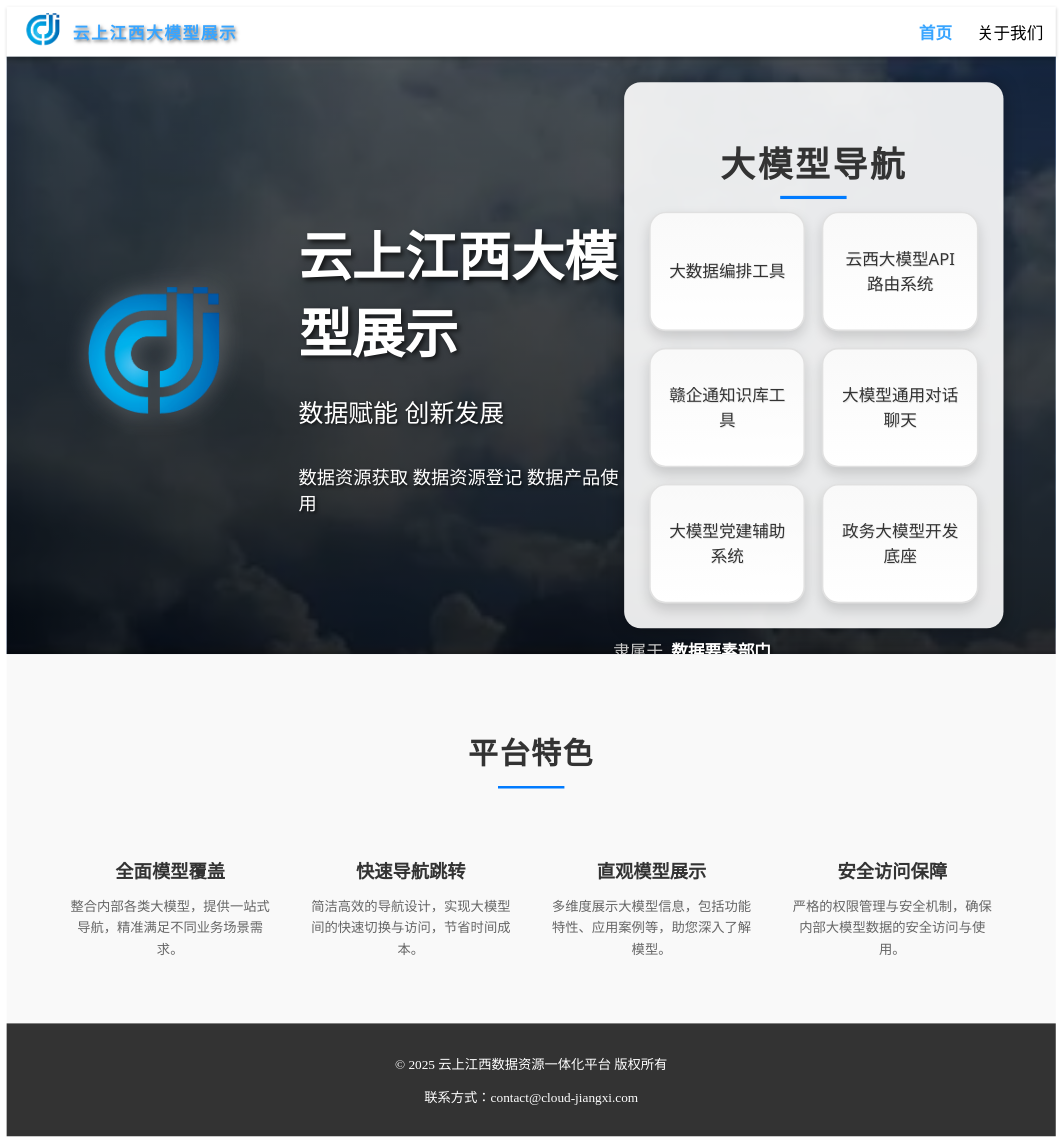
Repository: Felix-yifengyang/ysjx-model-nav
Page: /
An editor plug-in stored every save of this project. The page is shown before and after the next save, followed by the edit.
The browser window is 1280 px wide. The pictures show the whole page, at 83% of full size.
The project was rebuilt for these pictures with package versions that can differ from the ones it lists, and the page was loaded fresh each time. Also part of the build but not shown: vite.config.ts, src/About.vue.

Above is the page before, as saved 2025-02-21 14:15:01.

### src/main.ts
import { createApp } from 'vue';
import App from './App.vue';
import router from '../router/index.ts';

const app = createApp(App);
app.use(router);
app.mount('#app');

### src/App.vue
<template>
    <Header />
    <router-view></router-view>
  </template>

  <script setup>
  import Header from './components/Header.vue';
  </script>

  <style scoped>
  </style>

### router/index.ts
import { createRouter, createWebHistory } from 'vue-router';
import Home from '../src/Home.vue';
import About from '../src/About.vue';

const routes = [
  {
    path: '/',
    name: 'Home',
    component: Home
  },
  {
    path: '/about',
    name: 'About',
    component: About
  }
];

const router = createRouter({
  history: createWebHistory(),
  routes
});

export default router;

### src/components/Header.vue
<template>
  <header :class="{ 'scrolled': isScrolled }">
    <div class="logo-wrapper">
      <div class="logo">
        <img src="../assets/ysjx-logo-noword.png" alt="云上江西 logo">
      </div>
      <span class="platform-name">云上江西大模型展示</span>
    </div>
    <nav>
      <ul>
        <li>
          <router-link
            to="/"
            :active-class="isActive('/') ? 'active' : ''"
          >
            首页
          </router-link>
        </li>
        <li>
          <router-link
            to="/about"
            :active-class="isActive('/about') ? 'active' : ''"
          >
            关于我们
          </router-link>
        </li>
      </ul>
    </nav>
  </header>
</template>

<script setup>
import { ref, onMounted, onUnmounted, computed } from 'vue';
import { useRoute } from 'vue-router';

const isScrolled = ref(false);
const route = useRoute();

const isActive = (path) => {
  return route.path === path;
};

const handleScroll = () => {
  isScrolled.value = window.scrollY > 0;
};

onMounted(() => {
  window.addEventListener('scroll', handleScroll);
});

onUnmounted(() => {
  window.removeEventListener('scroll', handleScroll);
});
</script>

<style scoped>
header {
  background-color: #ffffff;
  color: rgb(0, 0, 0);
  padding: 15px;
  height: 30px;
  display: flex;
  justify-content: space-between;
  align-items: center;
  position: sticky; /* 使导航栏固定在页面顶部 */
  top: 0; /* 固定在页面顶部 */
  z-index: 100; /* 确保导航栏显示在其他元素之上 */
  transition: all 0.3s ease;
  box-shadow: 0 2px 4px rgba(0, 0, 0, 0.2);
}

.logo-wrapper {
  display: flex;
  align-items: center;
}

.logo img {
  width: auto;
  height: 40px;
  margin-right: 5px;
}

.platform-name {
  font-family: 'Segoe UI', Tahoma, Geneva, Verdana, sans-serif;
  font-size: 20px;
  font-weight: bold;
  color: #38a5ff;
  text-shadow: 2px 2px 4px rgba(0, 0, 0, 0.5);
  transition: all 0.3s ease;
  letter-spacing: 2px;
}

nav ul {
  list-style-type: none;
  margin: 0;
  padding: 0;
  display: flex;
}

nav ul li {
  margin-left: 30px;
}

nav ul li a {
  color: rgb(0, 0, 0);
  text-decoration: none;
  font-size: 20px;
}

nav ul li a:hover {
  text-decoration: underline;
}

header.scrolled {
  background-color: rgba(228, 228, 228, 0.9); /* 半透明背景 */
  padding: 15px; /* 减少内边距 */
}
header.scrolled .platform-name {
  font-size: 18px; /* 减小字体大小 */
}

/* 高亮显示的样式 */
.active {
  color: #38a5ff;
  font-weight: bold;
}
</style>

### src/Home.vue
<template>
  <div id="home">
    <HeroSection />
    <FeatureSelection />
    <Footer />
  </div>
</template>

<script setup>
import HeroSection from './components/HeroSection.vue'
import FeatureSelection from './components/FeatureSelection.vue'
import Footer from './components/Footer.vue'
</script>

<style scoped>
body {
  margin: 0;
  padding: 0;
  font-family: Arial, sans-serif;
}
</style>

### src/components/HeroSection.vue
<template>
    <section class="hero">
        <!-- 为背景添加半透明遮罩层 -->
        <div class="hero-overlay"></div>
        <div class="hero-content">
            <div class="hero-logo-content-wrapper">
                <div class="hero-logo">
                    <img src="../assets/ysjx-logo-noword.png" alt="云上江西 logo">
                </div>
                <div class="hero-text-content">
                    <h2 class="hero-title">云上江西大模型展示</h2>
                    <p class="hero-slogan">数据赋能 创新发展</p>
                    <p class="hero-features">数据资源获取 数据资源登记 数据产品使用</p>
                </div>
            </div>
            <div class="department-info">
                <span class="department-label">隶属于</span>
                <span class="department-name">数据要素部门</span>
            </div>
            <!-- 合并进来的 ShowcaseSection 内容 -->
            <div class="showcase-section">
                <h2>大模型导航</h2>
                <div class="showcase-container">
                    <!-- 第一个矩形 -->
                    <a href="http://106.227.19.2:28088/apps" class="showcase-item item-1">
                        <p class="description">大数据编排工具</p>
                    </a>
                    <!-- 第二个矩形 -->
                    <a href="http://106.227.19.14:16105/" class="showcase-item item-2">
                        <p class="description">云西大模型API路由系统</p>
                    </a>
                    <!-- 第三个矩形 -->
                    <a href="http://10.9.55.36:12300/" class="showcase-item item-3">
                        <p class="description">赣企通知识库工具</p>
                    </a>
                    <!-- 第四个矩形 -->
                    <a href="http://106.227.19.14:16104/" class="showcase-item item-4">
                        <p class="description">大模型通用对话聊天</p>
                    </a>
                    <!-- 第五个矩形 -->
                    <a href="http://106.227.19.2:26011/" class="showcase-item item-5">
                        <p class="description">大模型党建辅助系统</p>
                    </a>
                    <!-- 第六个矩形 -->
                    <a href="http://106.227.19.14:9999/datamodel/dist/#/login" class="showcase-item item-6">
                        <p class="description">政务大模型开发底座</p>
                    </a>
                </div>
            </div>
        </div>
    </section>
</template>

<script setup>
</script>

<style scoped>
/* 整体背景和基础样式 */
.hero {
    background-image: url('../assets/sample.webp');
    background-size: cover;
    background-position: center;
    height: 100vh; /* 使用视口高度，适应不同屏幕 */
    display: flex;
    align-items: center;
    justify-content: center;
    position: relative;
    overflow: hidden;
}

/* 半透明遮罩层 */
.hero-overlay {
    position: absolute;
    top: 0;
    left: 0;
    width: 100%;
    height: 100%;
    background: linear-gradient(to bottom, rgba(0, 0, 0, 0.6), rgba(0, 0, 0, 0.8)); /* 渐变遮罩 */
}

/* 主要内容区域 */
.hero-content {
    text-align: center;
    color: white;
    z-index: 1;
    padding: 0 20px;
    display: flex;
    flex-direction: row;
    justify-content: space-between;
    width: 90%; /* 调整宽度 */
    max-width: 1400px; /* 增加最大宽度 */
    margin: 0 auto;
    position: relative;
}

/*  logo 和文本内容包装器 */
.hero-logo-content-wrapper {
    display: flex;
    align-items: center;
    flex-direction: row;
    text-align: left;
}

/*  logo 样式 */
.hero-logo {
    width: 350px; /* 调整 logo 宽度 */
    height: auto;
    margin-right: 50px;
    animation: fadeIn 1s ease, scaleIn 1s ease; /* 增加缩放动画 */
}

.hero-logo img {
    width: 100%;
    height: auto;
    filter: drop-shadow(0 0 15px rgba(255, 255, 255, 0.3)); /* 调整投影效果 */
}

/* 文本内容样式 */
.hero-text-content {
    text-align: left;
}

.hero-title {
    font-family: 'Montserrat', sans-serif;
    font-size: 64px; /* 增大标题字体 */
    margin-bottom: 30px;
    text-shadow: 3px 3px 6px rgba(0, 0, 0, 0.7); /* 增强文字阴影 */
    animation: fadeInDown 1s ease, slideInLeft 1s ease; /* 增加滑入动画 */
}

.hero-slogan {
    font-family: 'Open Sans', sans-serif;
    font-size: 30px; /* 增大标语字体 */
    margin-bottom: 40px;
    text-shadow: 2px 2px 4px rgba(0, 0, 0, 0.7);
    animation: fadeInUp 1s ease 0.3s, slideInLeft 1s ease 0.3s; /* 增加滑入动画 */
    opacity: 0;
    animation-fill-mode: forwards;
}

.hero-features {
    font-family: 'Open Sans', sans-serif;
    font-size: 22px; /* 增大功能描述字体 */
    margin-bottom: 30px;
    text-shadow: 2px 2px 4px rgba(0, 0, 0, 0.7);
    animation: fadeInUp 1s ease 0.6s, slideInLeft 1s ease 0.6s; /* 增加滑入动画 */
    opacity: 0;
    animation-fill-mode: forwards;
}

/* 部门信息样式 */
.department-info {
    display: flex;
    align-items: center;
    font-family: 'Open Sans', sans-serif;
    font-size: 20px; /* 增大部门信息字体 */
    text-shadow: 2px 2px 4px rgba(0, 0, 0, 0.7);
    animation: fadeInUp 1s ease 0.9s, slideInRight 1s ease 0.9s; /* 增加滑入动画 */
    opacity: 0;
    animation-fill-mode: forwards;
    position: absolute;
    right: 300px; /* 调整位置 */
    bottom: -40px;
}

.department-label {
    margin-right: 10px;
    color: #ccc;
}

.department-name {
    color: #fff;
    font-weight: bold;
}

/* 展示区域样式 */
.showcase-section {
    width: 50%;
    padding: 30px; /* 增加内边距 */
    background-color: rgba(255, 255, 255, 0.9); /* 增加背景透明度 */
    border-radius: 20px; /* 增大圆角 */
    box-shadow: 0 0 20px rgba(0, 0, 0, 0.3); /* 增强阴影 */
}

.showcase-section h2 {
    font-family: 'Poppins', sans-serif;
    font-size: 42px; /* 增大标题字体 */
    color: #333;
    margin-bottom: 30px;
    text-transform: uppercase;
    letter-spacing: 3px;
    position: relative;
}

.showcase-section h2::after {
    content: '';
    position: absolute;
    bottom: -15px;
    left: 50%;
    transform: translateX(-50%);
    width: 80px; /* 增加下划线宽度 */
    height: 4px; /* 增加下划线高度 */
    background-color: #007BFF;
}

.showcase-container {
    display: grid;
    grid-template-columns: repeat(2, 1fr);
    grid-template-rows: repeat(3, 1fr);
    gap: 20px; /* 增大间距 */
    justify-content: center;
}

.showcase-item {
    background-color: #ffffff;
    border-radius: 20px; /* 增大圆角 */
    box-shadow: 0 8px 16px rgba(0, 0, 0, 0.15); /* 增强阴影 */
    overflow: hidden;
    transition: all 0.3s ease;
    text-decoration: none;
    color: inherit;
    position: relative;
    display: flex;
    justify-content: center;
    align-items: center;
    background-image: linear-gradient(to bottom, #f9f9f9, #ffffff);
    border: 2px solid #e0e0e0; /* 增加边框宽度 */
}

.showcase-item:hover {
    transform: translateY(-10px);
    box-shadow: 0 12px 24px rgba(0, 0, 0, 0.2);
    background-image: linear-gradient(to bottom, #ffffff, #f9f9f9);
    border-color: #a0a0a0;
}

.showcase-item::before {
    content: '';
    position: absolute;
    top: 0;
    left: 0;
    width: 100%;
    height: 100%;
    background-color: rgba(0, 0, 0, 0.08);
    opacity: 0;
    transition: opacity 0.3s ease;
}

.showcase-item:hover::before {
    opacity: 1;
}

.description {
    padding: 20px; /* 增加内边距 */
    font-size: 20px; /* 增大字体 */
    color: #333333;
    font-family: 'Segoe UI', Tahoma, Geneva, Verdana, sans-serif;
    position: relative;
    z-index: 1;
    text-shadow: 1px 1px 1px rgba(0, 0, 0, 0.1);
    text-align: center;
    line-height: 1.5;
}

.item-1 {
    grid-column: 1 / 2;
    grid-row: 1 / 2;
}

.item-2 {
    grid-column: 2 / 3;
    grid-row: 1 / 2;
}

.item-3 {
    grid-column: 1 / 2;
    grid-row: 2 / 3;
}

.item-4 {
    grid-column: 2 / 3;
    grid-row: 2 / 3;
}

.item-5 {
    grid-column: 1 / 2;
    grid-row: 3 / 4;
}

.item-6 {
    grid-column: 2 / 3;
    grid-row: 3 / 4;
}

/* 动画定义 */
@keyframes fadeIn {
    from {
        opacity: 0;
    }
    to {
        opacity: 1;
    }
}

@keyframes scaleIn {
    from {
        transform: scale(0.8);
    }
    to {
        transform: scale(1);
    }
}

@keyframes fadeInDown {
    from {
        opacity: 0;
        transform: translateY(-80px);
    }
    to {
        opacity: 1;
        transform: translateY(0);
    }
}

@keyframes fadeInUp {
    from {
        opacity: 0;
        transform: translateY(80px);
    }
    to {
        opacity: 1;
        transform: translateY(0);
    }
}

@keyframes slideInLeft {
    from {
        transform: translateX(-100px);
    }
    to {
        transform: translateX(0);
    }
}

@keyframes slideInRight {
    from {
        transform: translateX(100px);
    }
    to {
        transform: translateX(0);
    }
}
</style>

### src/components/FeatureSelection.vue
<template>
    <section class="features">
        <h2>平台特色</h2>
        <div class="feature-container">
            <div class="feature" v-for="(item, index) in featureList" :key="index">
                <div class="icon-wrapper">
                    <i :class="item.icon"></i>
                </div>
                <div class="text-content">
                    <h3>{{ item.title }}</h3>
                    <p>{{ item.description }}</p>
                </div>
            </div>
        </div>
    </section>
</template>

<script setup>
import { ref } from 'vue';

const featureList = ref([
    {
        icon: 'fas fa-sitemap',
        title: '全面模型覆盖',
        description: '整合内部各类大模型，提供一站式导航，精准满足不同业务场景需求。'
    },
    {
        icon: 'fas fa-bolt',
        title: '快速导航跳转',
        description: '简洁高效的导航设计，实现大模型间的快速切换与访问，节省时间成本。'
    },
    {
        icon: 'fas fa-eye',
        title: '直观模型展示',
        description: '多维度展示大模型信息，包括功能特性、应用案例等，助您深入了解模型。'
    },
    {
        icon: 'fas fa-lock',
        title: '安全访问保障',
        description: '严格的权限管理与安全机制，确保内部大模型数据的安全访问与使用。'
    }
]);
</script>

<style scoped>
.features {
    padding: 60px 20px;
    background-color: #f9f9f9;
    text-align: center;
}

.features h2 {
    font-family: 'Poppins', sans-serif;
    font-size: 36px;
    color: #333;
    margin-bottom: 60px;
    text-transform: uppercase;
    letter-spacing: 2px;
    position: relative;
}

.features h2::after {
    content: '';
    position: absolute;
    bottom: -20px;
    left: 50%;
    transform: translateX(-50%);
    width: 80px;
    height: 3px;
    background-color: #007BFF;
}

.feature-container {
    display: flex;
    flex-wrap: wrap;
    justify-content: center;
    gap: 40px;
    max-width: 1200px;
    margin: 0 auto;
}

.feature {
    display: flex;
    flex-direction: column;
    align-items: center;
    width: 250px;
    position: relative;
    transition: all 0.3s ease;
}

.feature::after {
    content: '';
    position: absolute;
    bottom: -10px;
    left: 0;
    width: 0;
    height: 2px;
    background-color: #007BFF;
    transition: width 0.3s ease;
}

.feature:hover::after {
    width: 100%;
}

.icon-wrapper {
    font-size: 48px;
    color: #007BFF;
    margin-bottom: 20px;
}

.text-content {
    text-align: center;
}

.text-content h3 {
    font-family: 'Poppins', sans-serif;
    font-size: 22px;
    color: #333;
    margin-bottom: 10px;
}

.text-content p {
    font-family: 'Open Sans', sans-serif;
    font-size: 16px;
    color: #666;
    line-height: 1.6;
}
</style>

### src/components/Footer.vue
<template>
    <footer>
      <p>&copy; 2025 云上江西数据资源一体化平台 版权所有</p>
      <p>联系方式：contact@cloud-jiangxi.com</p>
    </footer>
  </template>

  <script setup>
  </script>

  <style scoped>
  footer {
    background-color: #333;
    color: white;
    text-align: center;
    padding: 20px;
  }
  </style>

Loaded but not shown: index.html (common file)

After the next save:
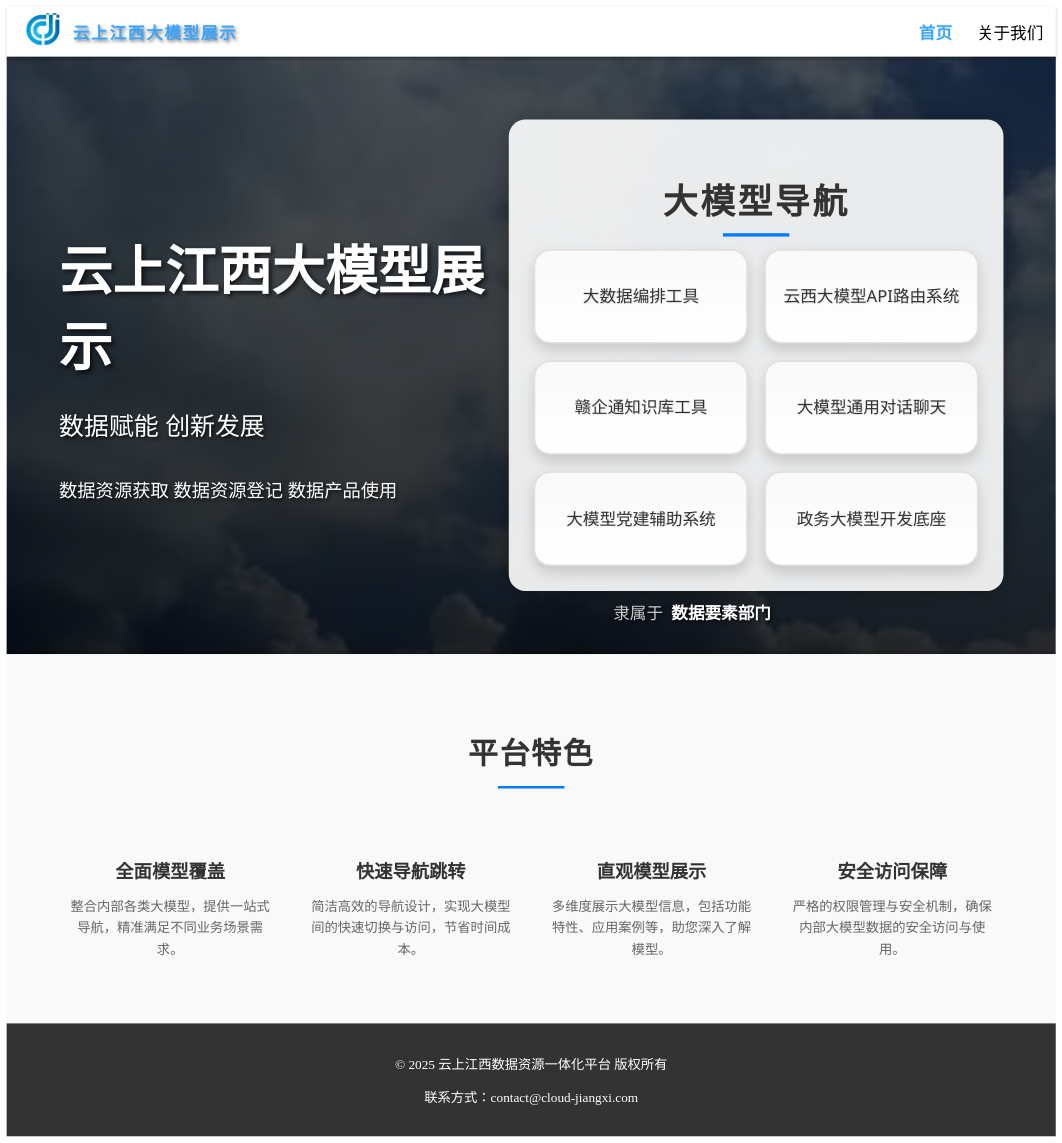
Saved 11 s later.
--- a/src/components/HeroSection.vue
+++ b/src/components/HeroSection.vue
@@ -4,9 +4,9 @@
         <div class="hero-overlay"></div>
         <div class="hero-content">
             <div class="hero-logo-content-wrapper">
-                <div class="hero-logo">
+                <!-- <div class="hero-logo">
                     <img src="../assets/ysjx-logo-noword.png" alt="云上江西 logo">
-                </div>
+                </div> -->
                 <div class="hero-text-content">
                     <h2 class="hero-title">云上江西大模型展示</h2>
                     <p class="hero-slogan">数据赋能 创新发展</p>
